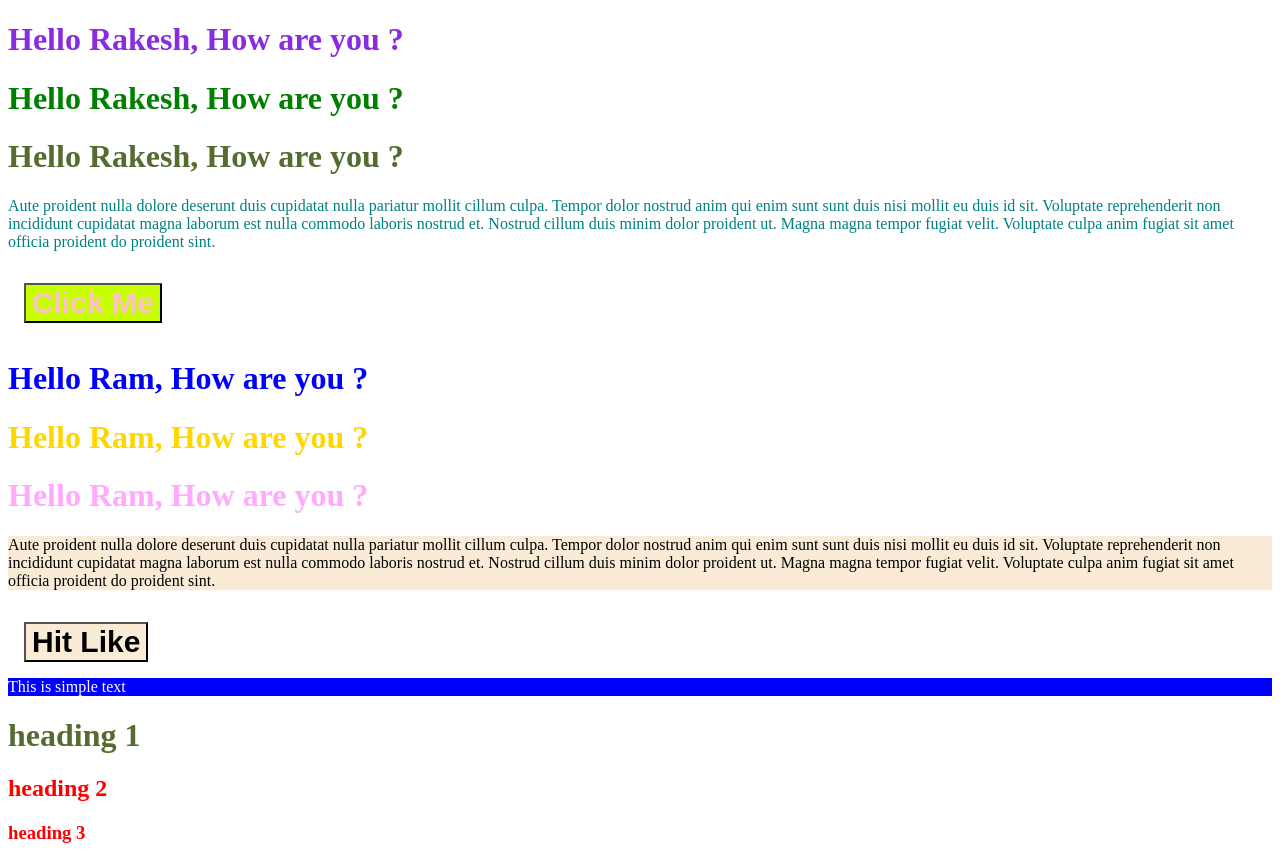
Repository: rakeshkolpepatil/CSS_Apana_College
Page: index.html
The author's editor kept a copy of each file at every save. The page is drawn from the files as they stood at one save, then again after the next save.
The browser window is 1280 px wide. The pictures show the whole page.

Above is the page before, as saved 2023-06-21 21:33:04.

### index.html
<!DOCTYPE html>
<html lang="en">
<head>
  <meta charset="UTF-8">
  <meta name="viewport" content="width=device-width, initial-scale=1.0">
  <title>CSS Level 1</title>
  <link rel="stylesheet" href="style.css" >
  <style>
    /* h1{
      color:cornflowerblue
    } */
  </style>
</head>
<body>
  <h1 style="color:blueviolet"> Hello Rakesh, How are you ?</h1>
  <h1 style="color:green"> Hello Rakesh, How are you ?</h1>
  <h1> Hello Rakesh, How are you ?</h1>
  <p>
    Aute proident nulla dolore deserunt duis cupidatat nulla pariatur mollit cillum culpa. Tempor dolor nostrud anim qui enim sunt sunt duis nisi mollit eu duis id sit. Voluptate reprehenderit non incididunt cupidatat magna laborum est nulla commodo laboris nostrud et. Nostrud cillum duis minim dolor proident ut. Magna magna tempor fugiat velit. Voluptate culpa anim fugiat sit amet officia proident do proident sint.
  </p>
  <button> Click Me </button>

  <h1 id="heading1" > Hello Ram, How are you ? </h1>
  <h1 id="heading2"> Hello Ram, How are you ? </h1>
  <h1 id="heading3"> Hello Ram, How are you ? </h1>
  <p class="class1">
    Aute proident nulla dolore deserunt duis cupidatat nulla pariatur mollit cillum culpa. Tempor dolor nostrud anim qui enim sunt sunt duis nisi mollit eu duis id sit. Voluptate reprehenderit non incididunt cupidatat magna laborum est nulla commodo laboris nostrud et. Nostrud cillum duis minim dolor proident ut. Magna magna tempor fugiat velit. Voluptate culpa anim fugiat sit amet officia proident do proident sint.
  </p>
  <button class="class1" > Hit Like </button>

  <div id="box">
    This is simple text
  </div>

  <h1 class="heading">heading 1</h1>
  <h2 class="heaing">heading 2</h2>
  <h3 class="heading">heading 3</h3>

</body>
</html>

### style.css
h1{
  color:darkolivegreen
}

p{
  /* color:blueviolet */
  color:teal
}
button{
  color:pink;
  font-size: 30px;
  font-weight: 600;
  /* background-color: green; */
  background-color: rgb(200,255,0);
  /* padding: 1rem; */
  margin: 1rem;
}

#heading1{
  color:blue
}

#heading2{
  color:gold
}

#heading3{
  color:#ffaaff
}

.class1{
  background-color:antiquewhite;
  color: #000000
}

#box{
  background-color:blue;
  color:white
}

h2, h3{
  color:red;
}

After the next save:
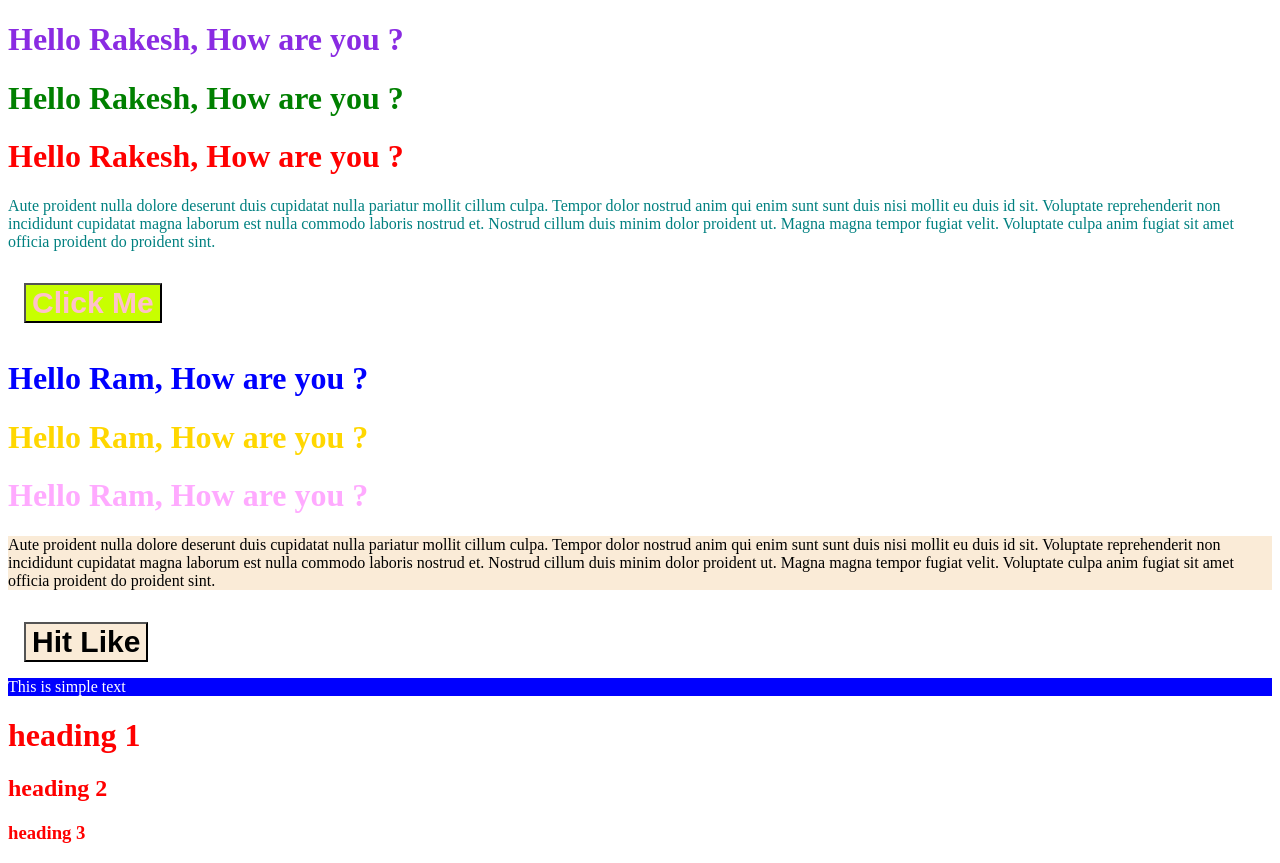
Saved 16 s later.
--- a/style.css
+++ b/style.css
@@ -38,6 +38,6 @@ button{
   color:white
 }
 
-h2, h3{
+h1, h2, h3{
   color:red;
 }
